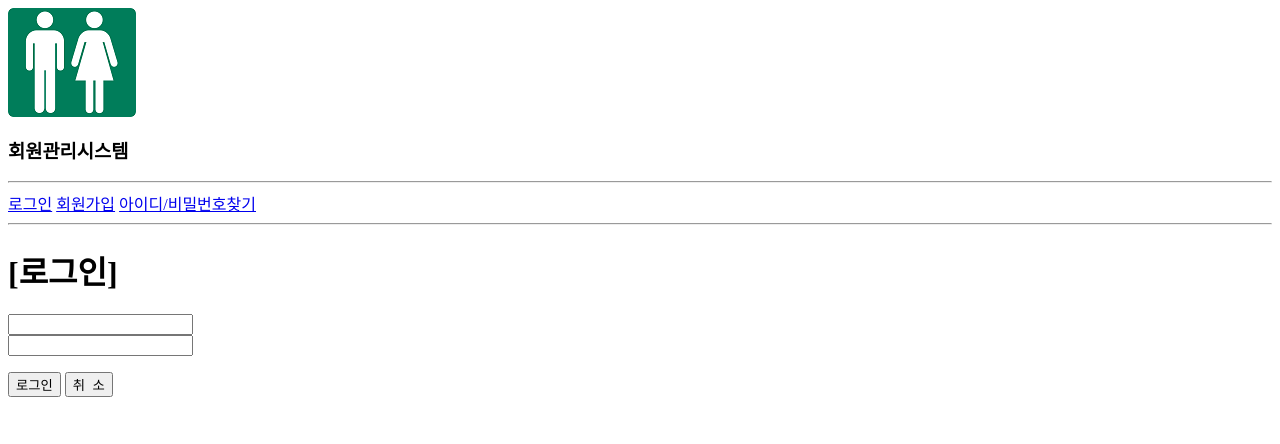
Repository: helloJunejun/WorkSpace_WebUi
Page: 0.1html_basic/src/main/webapp/joinMember.html
An editor plug-in stored every save of this project. The page is shown before and after the next save, followed by the edit.
The browser window is 1280 px wide. The pictures show the whole page.

Above is the page before, as saved 2021-06-23 07:47:38.

### 0.1html_basic/src/main/webapp/joinMember.html
<!--  문서타입 선언문 : html4 -->
<!DOCTYPE html PUBLIC "-//W3C//DTD HTML 4.01 Transitional//EN" "http://www.w3.org/TR/html4/loose.dtd">

<!--  root tag -->
<html lang="ko">
<!--  html 문서에 대한 부가적인 파싱 정보
	1. mime-type, character encoding 설정
	2. title 문서 제목
	3. css 설정
	4. javascript 설정
	5. 검색엔진 키워드 설정
 -->
	<head>
	<!--  mime-type, charcter encoding 설정 -->
		<meta http-equiv="Content-Type" content="text/html; charset=UTF-8">

		<!--  문서(document) 제목, 즐겨찾기시에 기본 텍스트 -->
		<title>로그인 | MMS</title>
	</head>

	<!-- 브라우저에 서비스(보여지는) 내용 -->
	<body>
	<a href="index.html"><img src="img/pictogram2.png"></a>
	<h3>회원관리시스템</h3>
		<hr>
		<a href="login.html">로그인</a>
		<a href="joinMember.html">회원가입</a>
		<a href="findMember.html">아이디/비밀번호찾기</a>
		<hr>
	<h1>[로그인]</h1>
	<form action="#" method="post">
		<input type="text" name="memberId"><br>
		<input type="password" name="memberPw"><p>

		<input type="submit" value="로그인">
		<input type="reset" value="취  소">


	</form>

	</body>
</html>

After the next save:
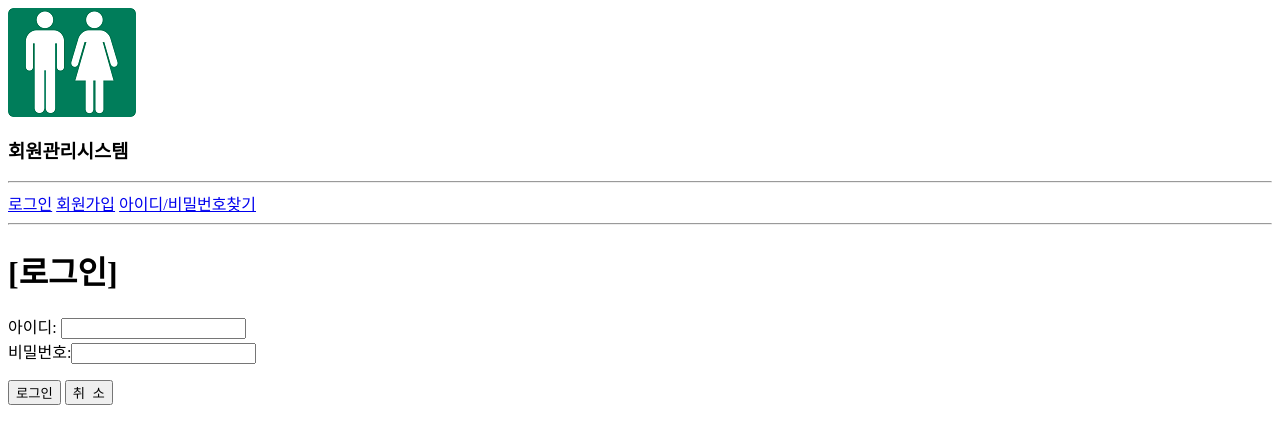
Saved 3 min 1 s later.
--- a/0.1html_basic/src/main/webapp/joinMember.html
+++ b/0.1html_basic/src/main/webapp/joinMember.html
@@ -29,8 +29,8 @@
 		<hr>
 	<h1>[로그인]</h1>
 	<form action="#" method="post">
-		<input type="text" name="memberId"><br>
-		<input type="password" name="memberPw"><p>
+		아이디:  <input type="text" name="memberId"><br>
+		비밀번호:<input type="password" name="memberPw"><p>
 
 		<input type="submit" value="로그인">
 		<input type="reset" value="취  소">
